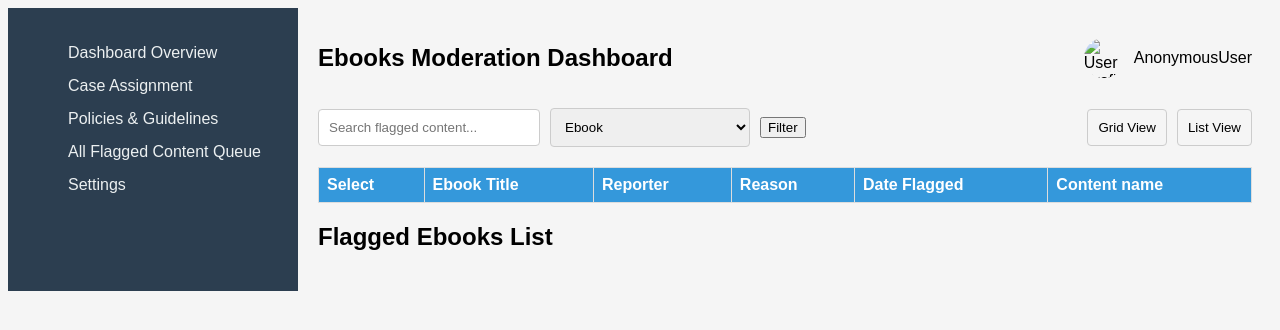
Repository: Learnli23/Learnli
Page: Learnli/users/templates/reported_ebooks.html
An editor plug-in stored every save of this project. The page is shown before and after the next save, followed by the edit.
The browser window is 1280 px wide. The pictures show the whole page.
The template is drawn by Django 2.2. The application's start-up code is not run. Other server files are loaded and not shown. The template is opened directly, without the code that normally fills it, so the values that code supplies are empty.

Above is the page before, as saved 2024-12-15 23:09:33.

### Learnli/users/templates/reported_ebooks.html
<!DOCTYPE html>
<html lang="en">
<head>
  <meta charset="UTF-8">
  <meta name="viewport" content="width=device-width, initial-scale=1.0">
  <title>Learnli Ebook moderation tool</title>
  <style>
    /* General styling omitted for brevity; includes previous layout and design */
    .action-buttons button {
      padding: 10px;
      border: 1px solid transparent;
      border-radius: 5px;
      cursor: pointer;
    }


  </style>
</head>
<body>
   <!-- Sidebar -->
  <aside class="sidebar">
    <nav>
      <ul>
        <li><a href="#dashboard">Dashboard Overview</a></li>
        <li><a href="#case-assignment">Case Assignment</a></li>
        <li><a href="{% url 'ebook_guide' %}">Policies & Guidelines</a></li>
        <li><a href="{% url 'moderation_tool' %}">All Flagged Content Queue</a></li>
        <li><a href="#settings">Settings</a></li>
      </ul>
    </nav>
  </aside>


  <main class="main-content">
    <header class="header">
      <h1>Ebooks Moderation Dashboard</h1>
      <div class="user-profile">
        <img src="{{ user.profile_image.url }}" alt="User Profile">
        <span class="user-name">{{user}}</span>
      </div>
    </header>

    <!-- Filter Bar -->
    <div class="filter-bar">
      <input type="text" id="searchBar" placeholder="Search flagged content...">
      <select id="contentFilter">
        <option value="blog">Ebook</option>
      </select>
      <button onclick="filterTable()">Filter</button>
      <div class="toggle-view">
        <button onclick="toggleView('grid')">Grid View</button>
        <button onclick="toggleView('list')">List View</button>
      </div>
    </div>

    <!-- Table for Items -->
    <table class="analytics-table" id="itemTable">
      <thead>
        <tr>
          <th>Select</th>
          <th>Ebook Title</th>
          <th>Reporter</th>
          <th>Reason</th>
          <th>Date Flagged</th>
          <th>Content name</th>
        </tr>
      </thead>
      <tbody>
        {% for item in flagged_ebooks %}
        {% if item.content_category == "Ebook" %}
        <tr data_id="{{ item.id }}"
          data-approve-url="{% url 'approve_flag' item.id %}"
          data-reject-url="{% url 'reject_flag' item.id %}"
          data-escalate-url="{% url 'escaleting_flag' item.id %}">

          <td><input type="checkbox" onchange="selectItem(this, 1)"></td>
          <td> {{ item.content_category }} </td>
          <td>{{ item.reported_by }}</td>
          <td>{{ item.reason }}</td>
          <td>{{ item.date_reported }}</td>
          {% if item.content_category == "Ebook" %}
          <td><a href=" {% url 'book_details' item.object_id %}">{{ item.content_object }}</a></td>
          {% endif %}
        </tr>
        {% endif %}
        {% endfor %}

        <!-- Add more rows as needed -->
      </tbody>
    </table>

    <!-- Flagged Content List Section -->
    <section id="flaggedContentList">
      <h2>Flagged Ebooks List</h2>
      <div class="content-list grid-view" id="contentList"></div>

    </section>
  </main>

  <script>
    const contentList = document.getElementById('contentList');
    let selectedItems = {};

    // Toggle View (Grid/List)
    function toggleView(viewType) {
      if (viewType === 'grid') {
        contentList.classList.add('grid-view');
        contentList.classList.remove('list-view');
      } else {
        contentList.classList.add('list-view');
        contentList.classList.remove('grid-view');
      }
    }

    // Filter Table Content
    function filterTable() {
      const filterValue = document.getElementById('contentFilter').value.toLowerCase();
      const searchValue = document.getElementById('searchBar').value.toLowerCase();
      const tableRows = document.querySelectorAll('#itemTable tbody tr');

      tableRows.forEach(row => {
        const contentType = row.cells[1].textContent.toLowerCase();
        const reason = row.cells[3].textContent.toLowerCase();

        if (
          (filterValue === 'all' || contentType.includes(filterValue)) &&
          (reason.includes(searchValue))
        ) {
          row.style.display = '';
        } else {
          row.style.display = 'none';
        }
      });
    }

    // Select Item and Add to Flagged Content List
    function selectItem(checkbox) {
  const row = checkbox.closest('tr');
  const id = row.dataset.id; // Get the item's id from the data attribute
  const contentType = row.cells[1].textContent;
  const reason = row.cells[3].textContent;

  if (checkbox.checked) {
    selectedItems[id] = { id,
      contentType,
      reason,
      approveUrl: row.dataset.approveUrl, // Get the approve URL
      rejectUrl: row.dataset.rejectUrl,   // Get the reject URL
      escalateUrl: row.dataset.escalateUrl, // Get the escalate URL
       };
    updateFlaggedContentList();
  } else {
    delete selectedItems[id];
    updateFlaggedContentList();
  }
}

    // Update Flagged Content List Section
function updateFlaggedContentList() {
  contentList.innerHTML = '';

  Object.keys(selectedItems).forEach(id => {
    const item = selectedItems[id];
    const contentItem = document.createElement('div');
    contentItem.classList.add('content-item');
    contentItem.innerHTML = `
      <h4>${item.contentType}</h4>
      <p>Reason</p>
      <p>${item.reason}</p>
      <div class="action-buttons">
        <a href="${item.approveUrl}"><button class="approve">Approve</button></a>
        <a href="${item.rejectUrl}"><button class="reject">Reject</button></a>
        <a href="${item.escalateUrl}"><button class="escalate">Escalate</button></a>
      </div>
    `;
    contentList.appendChild(contentItem);
  });
}
  </script>
</body>
</html>

<style>


 <style>
    /* Reset and base styling */
    * {
      margin: 0;
      padding: 0;
      box-sizing: border-box;
    }

    body {
      display: flex;
      font-family: Arial, sans-serif;
      background-color: #f5f5f5;
    }

    /* Sidebar styling */
    .sidebar {
      background-color: #2c3e50;
      width: 250px;
      padding: 20px;
      color: #fff;
    }

    .sidebar-logo {
      font-size: 24px;
      font-weight: bold;
      margin-bottom: 20px;
    }

    .sidebar nav ul {
      list-style: none;
    }

    .sidebar nav ul li {
      margin-bottom: 15px;
    }

    .sidebar nav ul li a {
      color: #ecf0f1;
      text-decoration: none;
      font-size: 16px;
      display: block;
    }

    .sidebar nav ul li a:hover {
      background-color: #34495e;
      padding-left: 10px;
    }

    /* Main content styling */
    .main-content {
      flex: 1;
      padding: 20px;
    }

    .header {
      display: flex;
      justify-content: space-between;
      align-items: center;
      margin-bottom: 20px;
    }

    .header h1 {
      font-size: 24px;
      text-align: center;
    }

    .user-profile {
      display: flex;
      align-items: center;
    }

    .user-profile img {
      width: 40px;
      height: 40px;
      border-radius: 50%;
      margin-right: 10px;
    }

    .dashboard-overview {
      margin-bottom: 20px;
    }

    .filter-bar {
      display: flex;
      align-items: center;
      margin-bottom: 20px;
    }

    .filter-bar input, .filter-bar select {
      padding: 10px;
      margin-right: 10px;
      border: 1px solid #ccc;
      border-radius: 4px;
      width: 200px;
    }

    .toggle-view {
      margin-left: auto;
      display: flex;
      gap: 10px;
    }

    .toggle-view button {
      padding: 10px;
      border: 1px solid #ccc;
      border-radius: 4px;
      background: none;
      cursor: pointer;
    }

    .toggle-view button:hover {
      background-color:green;
      color: #fff;
    }

    .content-list {
      display: grid;
      gap: 20px;
    }

    .content-list.grid-view {
      grid-template-columns: repeat(auto-fit, minmax(300px, 1fr));
    }

    .content-list.list-view {
      grid-template-columns: 1fr;
    }

    .content-item {
      border: 1px solid #ccc;
      padding: 15px;
      background-color: #fff;
      border-radius: 8px;
    }

    .content-item h4 {
      margin-bottom: 10px;
    }

    .content-item .action-buttons {
      display: flex;
      gap: 10px;
      margin-top: 10px;
    }

    .content-item .action-buttons button {
      border: 1px solid transparent;
      padding: 10px;
      border-radius: 5px;
      cursor: pointer;
    }

    .content-item .action-buttons button:hover {
      background-color:green;
      color: #fff;
    }

    .analytics-table {
      width: 100%;
      border-collapse: collapse;
      margin-bottom: 20px;
    }

    .analytics-table th, .analytics-table td {
      border: 1px solid #ddd;
      text-align: left;
      padding: 8px;
    }

    .analytics-table th {
      background-color: #3498db;
      color: white;
    }

    .note-area {
      margin-top: 20px;
    }

    .note-area textarea {
      width: 100%;
      padding: 10px;
      border: 1px solid #ccc;
      border-radius: 4px;
      resize: vertical;
    }
  </style>

After the next save:
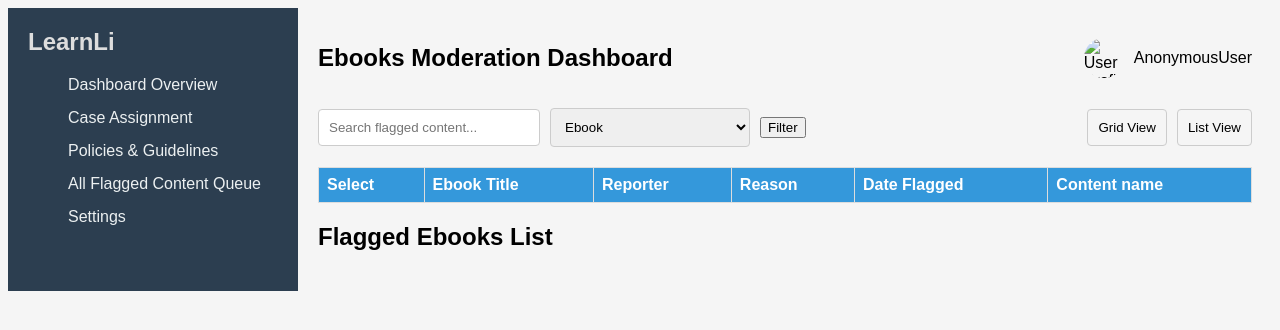
Saved 55 s later.
--- a/Learnli/users/templates/reported_ebooks.html
+++ b/Learnli/users/templates/reported_ebooks.html
@@ -19,6 +19,7 @@
 <body>
    <!-- Sidebar -->
   <aside class="sidebar">
+    <div class="sidebar-logo"><a href="{% url 'moderation_tool' %}" style="text-decoration: none; color: #ddd;">LearnLi</a></div>
     <nav>
       <ul>
         <li><a href="#dashboard">Dashboard Overview</a></li>
